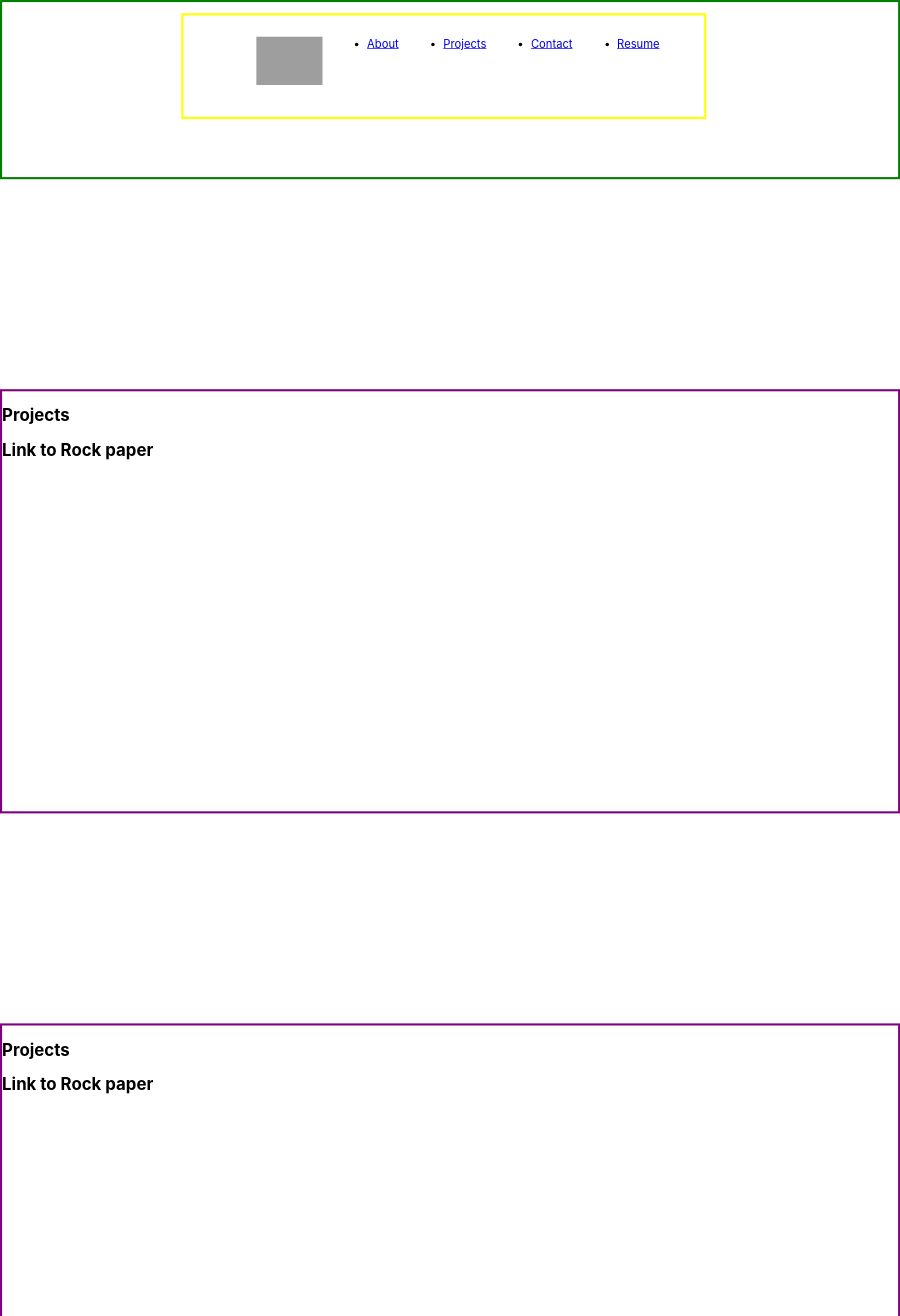
Repository: JohnDunst/portfolioprojecttwo
Page: /
These files come from the project's save history. The page is drawn as it stood at one moment and after the next save; the edit follows.
The browser window is 1280 px wide. The page is 1286 px wide, so the pictures cover 1286 px, including what lies to the right of the window. The pictures show the part of the page from y = 0 to 1880 px (the page is 2974 px tall before and 2774 px after), at 70% of full size.
Pictures or frames that could not be fetched are drawn as grey boxes. The project was rebuilt for these pictures with package versions that can differ from the ones it lists, and the page was loaded fresh each time. Also part of the build but not shown: src/Detail.js, src/Api.js. Imported but missing from the stored project, and not drawn on this page: src/assets/Dunst Resume.pdf.

Above is the page before, as saved 2023-08-05 19:20:38.

After the next save:
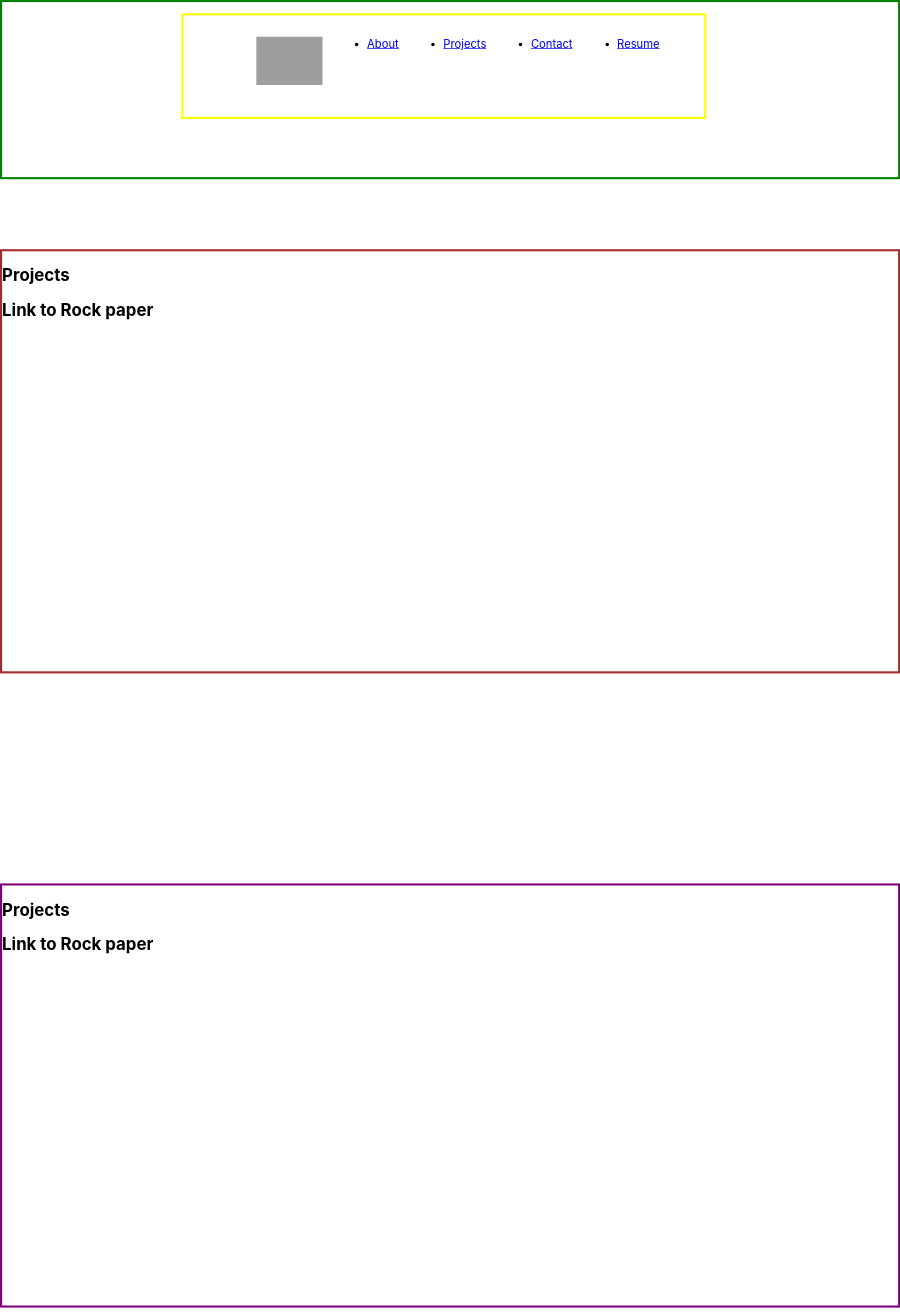
Saved 6 s later.
--- a/src/components/About.jsx
+++ b/src/components/About.jsx
@@ -54,7 +54,7 @@ useEffect(() => {
 }
 */
 
-return(    <section id="projects">
+return(    <section id="about">
 <h2>Projects</h2>
       <div>
           <h1> Link to Rock paper </h1>
